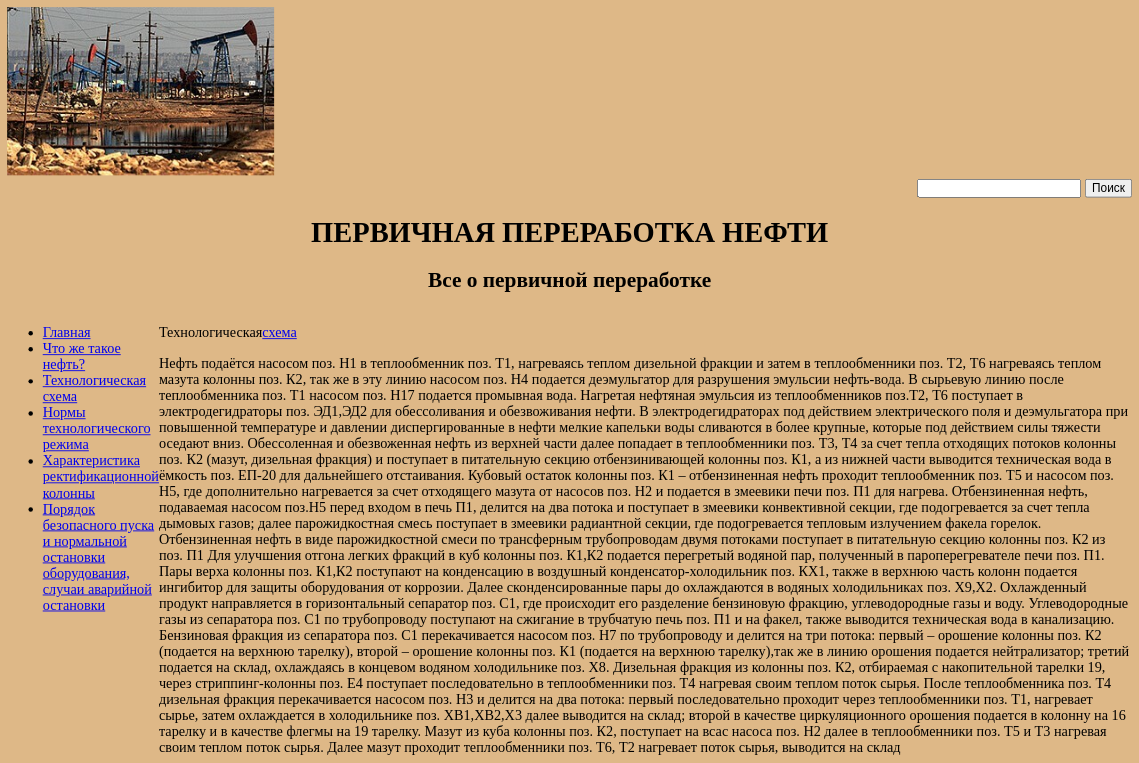
Repository: NastyaSeleznev/NastyaSeleznev.githab.io
Page: week1/sxem.html
The author's editor kept a record of every edit. The page is drawn from the files as they stood at one moment, then again after the next edit.
The browser window is 1280 px wide. The pictures show the whole page, at 89% of full size.

Above is the page before.

After the next edit:
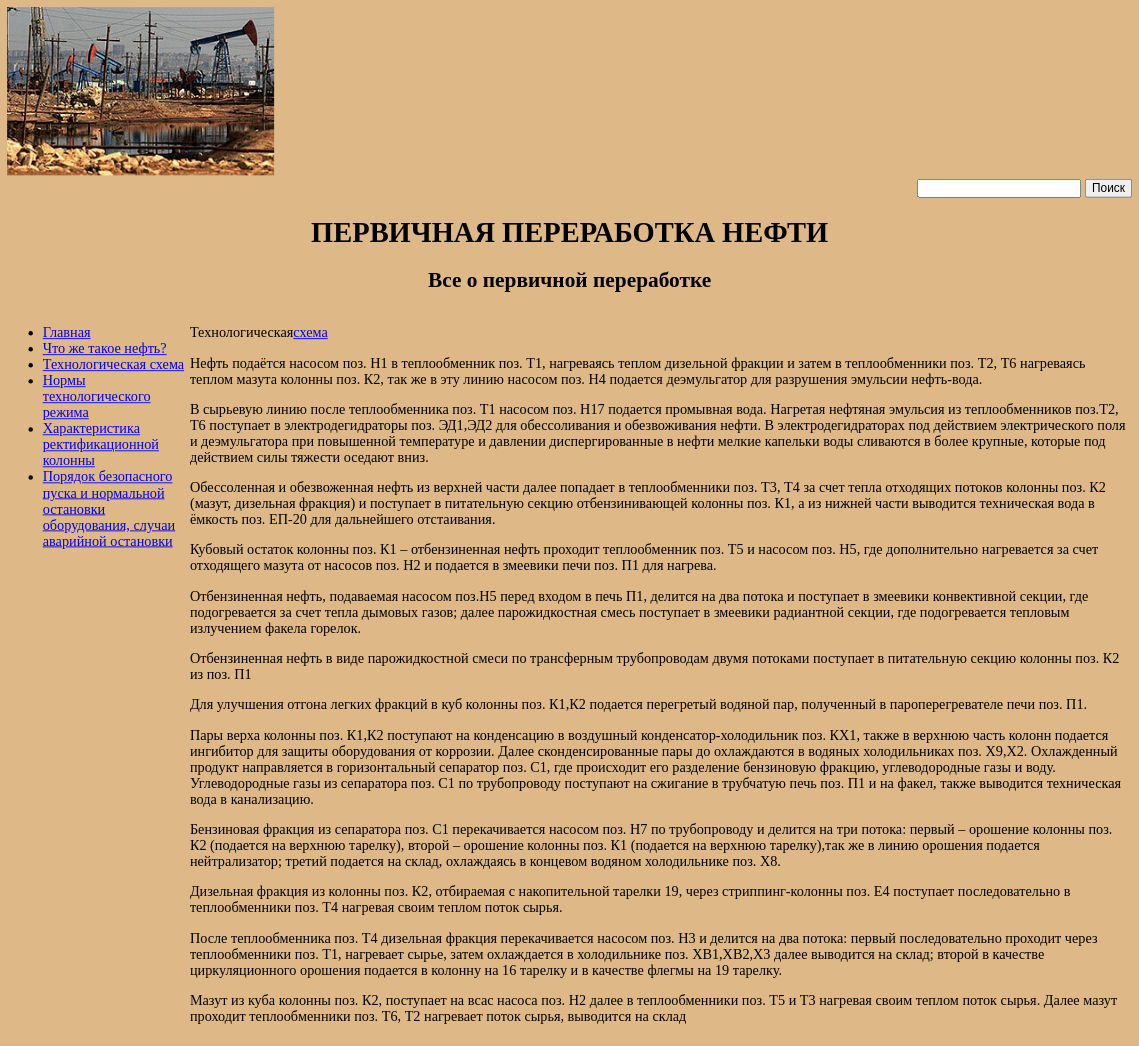
The edit:
--- a/week1/sxem.html
+++ b/week1/sxem.html
@@ -28,18 +28,18 @@
 	</nav>
 				<main>
 			<p>Технологическая<a href="http://megasik.ru/uploads/thumbs/1333621743_texnologicheskaya-sxema-kombinirovannoj-ustanovki-pervichnoj-pererabotki-nefti-yelou-at-6.jpg">схема</a></p>
-		Нефть подаётся насосом поз. Н1 в теплообменник поз. Т1, нагреваясь теплом дизельной фракции и затем в теплообменники поз. Т2, Т6 нагреваясь теплом мазута колонны поз. К2, так же в эту линию насосом поз. Н4 подается деэмульгатор для разрушения эмульсии нефть-вода.
-В сырьевую линию после теплообменника поз. Т1 насосом поз. Н17   подается промывная вода. Нагретая нефтяная эмульсия из теплообменников поз.Т2, Т6 поступает в электродегидраторы  поз. ЭД1,ЭД2  для обессоливания и обезвоживания нефти. В электродегидраторах под действием электрического поля и деэмульгатора при повышенной температуре и давлении диспергированные в нефти мелкие капельки воды сливаются в более крупные, которые под действием силы тяжести оседают вниз.
-Обессоленная и обезвоженная нефть из верхней части далее попадает в теплообменники поз. Т3, Т4 за счет тепла отходящих потоков колонны поз. К2 (мазут, дизельная фракция) и поступает в питательную секцию отбензинивающей колонны поз. К1, а из нижней части выводится техническая вода в ёмкость поз. ЕП-20 для дальнейшего отстаивания.
-Кубовый остаток колонны поз. К1 – отбензиненная нефть проходит теплообменник поз. Т5 и насосом поз. Н5, где дополнительно нагревается за счет отходящего мазута от насосов поз. Н2 и подается в змеевики печи поз. П1 для нагрева.
-Отбензиненная нефть, подаваемая насосом поз.Н5 перед входом в печь П1, делится на два потока и поступает в змеевики конвективной секции, где подогревается за счет тепла дымовых газов; далее парожидкостная смесь поступает в змеевики радиантной секции, где подогревается тепловым излучением факела горелок.
-Отбензиненная нефть в виде парожидкостной смеси по трансферным трубопроводам двумя потоками поступает в питательную секцию колонны поз. К2 из поз. П1
-Для улучшения отгона легких фракций в куб колонны поз. К1,К2 подается перегретый водяной пар, полученный в пароперегревателе печи поз. П1.
-Пары верха колонны поз. К1,К2 поступают на конденсацию в воздушный конденсатор-холодильник поз. КХ1, также в верхнюю часть колонн подается ингибитор для защиты оборудования от коррозии. Далее сконденсированные пары до охлаждаются в водяных холодильниках поз. Х9,Х2. Охлажденный продукт направляется в горизонтальный сепаратор поз. С1, где происходит его разделение бензиновую фракцию, углеводородные газы и воду. Углеводородные газы из сепаратора поз. С1 по трубопроводу поступают на сжигание в трубчатую печь поз. П1 и на факел, также выводится техническая вода в канализацию.
-Бензиновая фракция из сепаратора поз. С1 перекачивается насосом поз. Н7 по трубопроводу и делится на три потока: первый – орошение колонны поз. К2 (подается на верхнюю тарелку), второй – орошение колонны поз. К1 (подается на верхнюю тарелку),так же в линию орошения подается нейтрализатор; третий подается на склад, охлаждаясь в концевом водяном холодильнике поз. Х8.
-Дизельная фракция из колонны поз. К2, отбираемая с накопительной тарелки  19, через стриппинг-колонны поз. Е4 поступает последовательно в теплообменники поз. Т4 нагревая своим теплом поток сырья.
-После теплообменника поз. Т4 дизельная фракция перекачивается насосом поз. Н3 и делится на два потока: первый последовательно проходит через теплообменники поз. Т1, нагревает сырье, затем охлаждается в холодильнике поз. ХВ1,ХВ2,Х3 далее выводится на склад; второй в качестве циркуляционного орошения подается в колонну на 16 тарелку и в качестве флегмы на 19 тарелку.
-Мазут из куба колонны поз. К2, поступает на всас насоса поз. Н2 далее в теплообменники поз. Т5 и Т3 нагревая своим теплом поток сырья. Далее мазут проходит теплообменники поз. Т6, Т2 нагревает поток сырья, выводится на склад
+		<p>Нефть подаётся насосом поз. Н1 в теплообменник поз. Т1, нагреваясь теплом дизельной фракции и затем в теплообменники поз. Т2, Т6 нагреваясь теплом мазута колонны поз. К2, так же в эту линию насосом поз. Н4 подается деэмульгатор для разрушения эмульсии нефть-вода.
+<p>В сырьевую линию после теплообменника поз. Т1 насосом поз. Н17   подается промывная вода. Нагретая нефтяная эмульсия из теплообменников поз.Т2, Т6 поступает в электродегидраторы  поз. ЭД1,ЭД2  для обессоливания и обезвоживания нефти. В электродегидраторах под действием электрического поля и деэмульгатора при повышенной температуре и давлении диспергированные в нефти мелкие капельки воды сливаются в более крупные, которые под действием силы тяжести оседают вниз.
+<p>Обессоленная и обезвоженная нефть из верхней части далее попадает в теплообменники поз. Т3, Т4 за счет тепла отходящих потоков колонны поз. К2 (мазут, дизельная фракция) и поступает в питательную секцию отбензинивающей колонны поз. К1, а из нижней части выводится техническая вода в ёмкость поз. ЕП-20 для дальнейшего отстаивания.
+<p>Кубовый остаток колонны поз. К1 – отбензиненная нефть проходит теплообменник поз. Т5 и насосом поз. Н5, где дополнительно нагревается за счет отходящего мазута от насосов поз. Н2 и подается в змеевики печи поз. П1 для нагрева.
+<p>Отбензиненная нефть, подаваемая насосом поз.Н5 перед входом в печь П1, делится на два потока и поступает в змеевики конвективной секции, где подогревается за счет тепла дымовых газов; далее парожидкостная смесь поступает в змеевики радиантной секции, где подогревается тепловым излучением факела горелок.
+<p>Отбензиненная нефть в виде парожидкостной смеси по трансферным трубопроводам двумя потоками поступает в питательную секцию колонны поз. К2 из поз. П1
+<p>Для улучшения отгона легких фракций в куб колонны поз. К1,К2 подается перегретый водяной пар, полученный в пароперегревателе печи поз. П1.
+<p>Пары верха колонны поз. К1,К2 поступают на конденсацию в воздушный конденсатор-холодильник поз. КХ1, также в верхнюю часть колонн подается ингибитор для защиты оборудования от коррозии. Далее сконденсированные пары до охлаждаются в водяных холодильниках поз. Х9,Х2. Охлажденный продукт направляется в горизонтальный сепаратор поз. С1, где происходит его разделение бензиновую фракцию, углеводородные газы и воду. Углеводородные газы из сепаратора поз. С1 по трубопроводу поступают на сжигание в трубчатую печь поз. П1 и на факел, также выводится техническая вода в канализацию.
+<p>Бензиновая фракция из сепаратора поз. С1 перекачивается насосом поз. Н7 по трубопроводу и делится на три потока: первый – орошение колонны поз. К2 (подается на верхнюю тарелку), второй – орошение колонны поз. К1 (подается на верхнюю тарелку),так же в линию орошения подается нейтрализатор; третий подается на склад, охлаждаясь в концевом водяном холодильнике поз. Х8.
+<p>Дизельная фракция из колонны поз. К2, отбираемая с накопительной тарелки  19, через стриппинг-колонны поз. Е4 поступает последовательно в теплообменники поз. Т4 нагревая своим теплом поток сырья.
+<p>После теплообменника поз. Т4 дизельная фракция перекачивается насосом поз. Н3 и делится на два потока: первый последовательно проходит через теплообменники поз. Т1, нагревает сырье, затем охлаждается в холодильнике поз. ХВ1,ХВ2,Х3 далее выводится на склад; второй в качестве циркуляционного орошения подается в колонну на 16 тарелку и в качестве флегмы на 19 тарелку.
+<p>Мазут из куба колонны поз. К2, поступает на всас насоса поз. Н2 далее в теплообменники поз. Т5 и Т3 нагревая своим теплом поток сырья. Далее мазут проходит теплообменники поз. Т6, Т2 нагревает поток сырья, выводится на склад</p>
 
 
 
